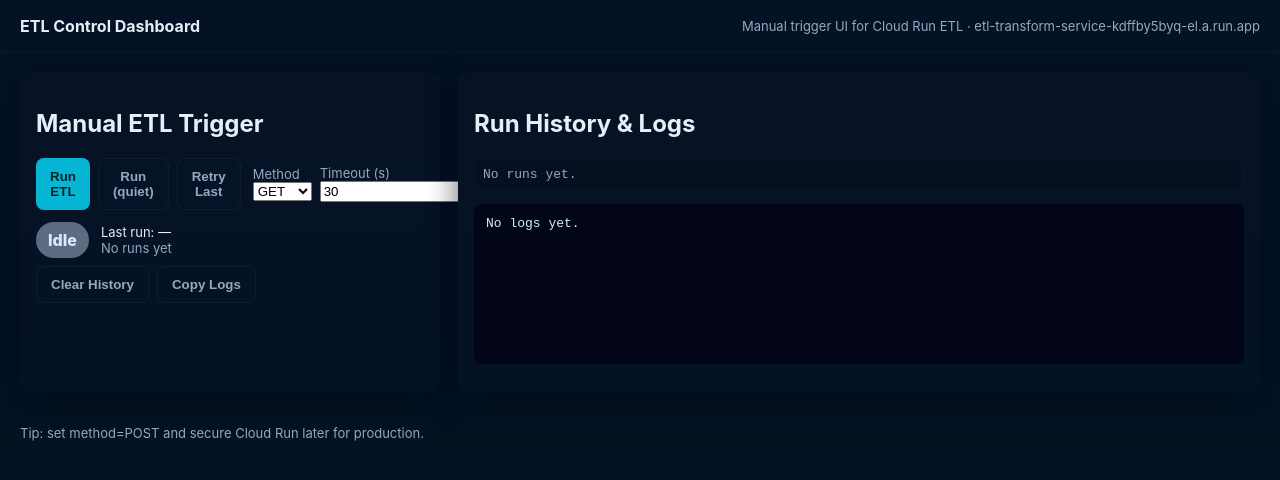
Repository: kbruhadesh/etl_files
Page: public/index.html
An editor plug-in stored every save of this project. The page is shown before and after the next save, followed by the edit.
The browser window is 1280 px wide. The pictures show the whole page.

Above is the page before, as saved 2025-11-25 01:06:47.

After the next save:
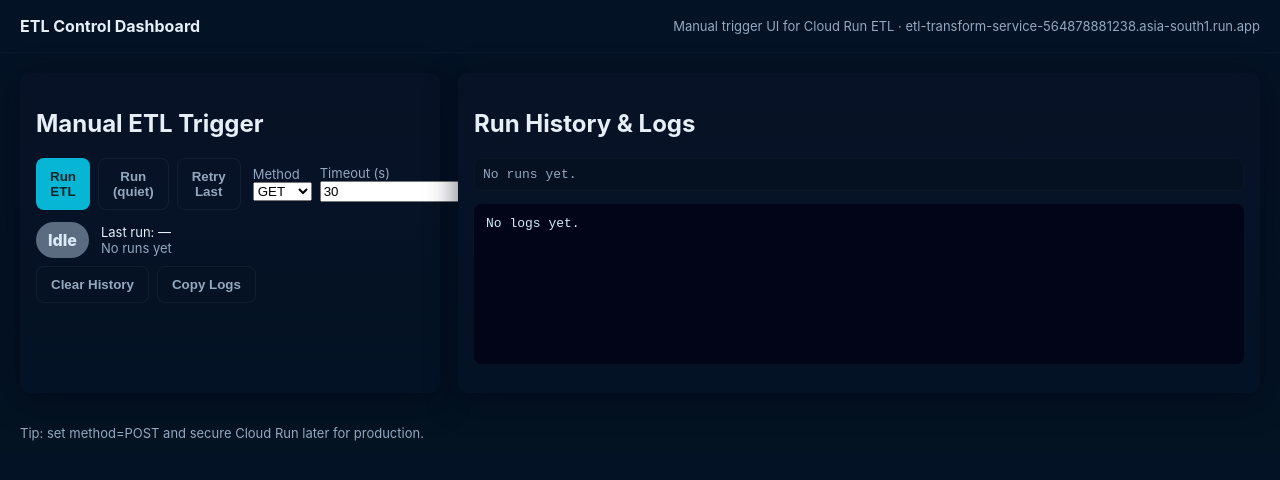
Saved 73 s later.
--- a/public/script.js
+++ b/public/script.js
@@ -1,5 +1,5 @@
 // ===== CONFIG =====
-const CLOUD_RUN_URL = "https://etl-transform-service-kdffby5byq-el.a.run.app/"; // <--- update if needed
+const CLOUD_RUN_URL = "https://etl-transform-service-564878881238.asia-south1.run.app/"; // <--- update if needed
 // ==================
 
 const runBtn = document.getElementById("runBtn");
